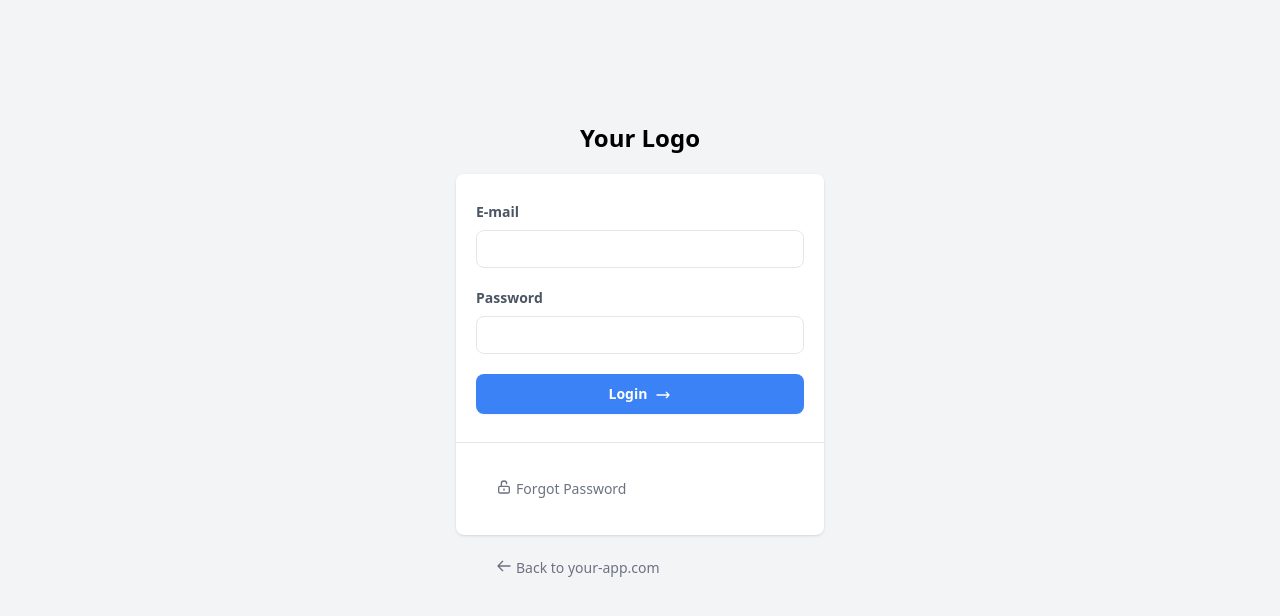
Repository: ELHADRINadia/Gestion_buses
Page: /login (app in booking/)
The author's editor kept a copy of each file at every save. The page is drawn from the files as they stood at one save, then again after a run of saves.
The browser window is 1280 px wide. The pictures show the whole page.
The project was rebuilt for these pictures with package versions that can differ from the ones it lists, and the page was loaded fresh each time. Also part of the build but not shown: booking/src/App.css, booking/src/components/NavBar.js, booking/src/Home.js, booking/src/auth/Register.js, booking/src/Admin/bus/DisplayBuses.js, booking/src/components/SideBar.js, booking/src/Admin/dashboard.js.

Above is the page before, as saved 2022-11-04 11:29:05.

### booking/src/index.js
import React from 'react';
import ReactDOM from 'react-dom/client';
import './index.css';
import App from './App';
import { BrowserRouter } from "react-router-dom";

import reportWebVitals from './reportWebVitals';

const root = ReactDOM.createRoot(document.getElementById('root'));
root.render(
  <React.StrictMode>
      <BrowserRouter>
    <App />
  </BrowserRouter>
  </React.StrictMode>
);

reportWebVitals();

### booking/src/App.js
import "./App.css";
import Home from "./Home";
import Login from "./auth/Login"
import Register from "./auth/Register"
import Dashboard from "./Admin/dashboard";
import { Route, Routes } from "react-router-dom";
import { Toaster } from "react-hot-toast";


function App() {
  return (
    <>
      <Toaster />
      <Routes>
        <Route path="/" element={<Home />} />
        <Route path="/login" element={<Login />} />
        <Route path="/Register" element={<Register />} />
        <Route path="/dashboard" element={<Dashboard />} />
        {/* <Route path="/DisplayUsers" element={<DisplayUsers />} /> */}
      </Routes>
    </>
  );
}

export default App;

### booking/src/auth/Login.js
import {React, useState} from 'react'
import toast, { Toaster } from 'react-hot-toast';
import {useNavigate} from 'react-router-dom';

function Login() {
    const [email, setEmail] = useState('')
    const [password, setPassword] = useState('')
    const navigate = useNavigate();

    async function login(){
        console.log('nadia')
    const response = await  fetch('http://localhost:6000/api/users/auth/login', {
        method:'POST',
        headers:{
          'Content-Type' : 'application/json',
        },
        body: JSON.stringify({
          email,
          password
        }),
      })
      if(response.status===200){
        console.log( await response.json())
        toast.success('Login Successfully!')
        navigate("/dashboard")

      }
      else{
        toast.error('Login failed!');
      }
    }
  return (
<div class="min-h-screen bg-gray-100 flex flex-col justify-center sm:py-12">
  <div class="p-10 xs:p-0 mx-auto md:w-full md:max-w-md">
    <h1 class="font-bold text-center text-2xl mb-5">Your Logo</h1>
    <div class="bg-white shadow w-full rounded-lg divide-y divide-gray-200">
      <div class="px-5 py-7">
        <label class="font-semibold text-sm text-gray-600 pb-1 block">E-mail</label>
        <input type="text" class="border rounded-lg px-3 py-2 mt-1 mb-5 text-sm w-full" />
        <label class="font-semibold text-sm text-gray-600 pb-1 block">Password</label>
        <input type="text" class="border rounded-lg px-3 py-2 mt-1 mb-5 text-sm w-full" />
        <button type="button" class="transition duration-200 bg-blue-500 hover:bg-blue-600 focus:bg-blue-700 focus:shadow-sm focus:ring-4 focus:ring-blue-500 focus:ring-opacity-50 text-white w-full py-2.5 rounded-lg text-sm shadow-sm hover:shadow-md font-semibold text-center inline-block">
            <span class="inline-block mr-2">Login</span>
            <svg xmlns="http://www.w3.org/2000/svg" fill="none" viewBox="0 0 24 24" stroke="currentColor" class="w-4 h-4 inline-block">
                <path stroke-linecap="round" stroke-linejoin="round" stroke-width="2" d="M17 8l4 4m0 0l-4 4m4-4H3" />
            </svg>
        </button>
      </div>
        <div class="py-5">
        <div class="grid grid-cols-2 gap-1">
          <div class="text-center sm:text-left whitespace-nowrap">
            <button class="transition duration-200 mx-5 px-5 py-4 cursor-pointer font-normal text-sm rounded-lg text-gray-500 hover:bg-gray-100 focus:outline-none focus:bg-gray-200 focus:ring-2 focus:ring-gray-400 focus:ring-opacity-50 ring-inset">
                <svg xmlns="http://www.w3.org/2000/svg" fill="none" viewBox="0 0 24 24" stroke="currentColor" class="w-4 h-4 inline-block align-text-top">
                    <path stroke-linecap="round" stroke-linejoin="round" stroke-width="2" d="M8 11V7a4 4 0 118 0m-4 8v2m-6 4h12a2 2 0 002-2v-6a2 2 0 00-2-2H6a2 2 0 00-2 2v6a2 2 0 002 2z" />
                </svg>
                <span class="inline-block ml-1">Forgot Password</span>
            </button>
          </div>
        </div>
      </div>
    </div>
    <div class="py-5">
        <div class="grid grid-cols-2 gap-1">
          <div class="text-center sm:text-left whitespace-nowrap">
            <a href='javascript:void(0)' class="transition duration-200 mx-5 px-5 py-4 cursor-pointer font-normal text-sm rounded-lg text-gray-500 hover:bg-gray-200 focus:outline-none focus:bg-gray-300 focus:ring-2 focus:ring-gray-400 focus:ring-opacity-50 ring-inset">
                <svg xmlns="http://www.w3.org/2000/svg" fill="none" viewBox="0 0 24 24" stroke="currentColor" class="w-4 h-4 inline-block align-text-top" onClick={login}>
                    <path stroke-linecap="round" stroke-linejoin="round" stroke-width="2" d="M10 19l-7-7m0 0l7-7m-7 7h18" />
                </svg>
                <span class="inline-block ml-1">Back to your-app.com</span>
            </a>
          </div>
        </div>
      </div>
  </div>
</div>
  );
}
export default Login;

### booking/tailwind.config.js


/** @type {import('tailwindcss').Config} */
module.exports = {
  content: [
    "./src/**/*.{js,jsx,ts,tsx}",
  ],
  theme: {
    extend: {},
  },
  plugins: [],
}

Loaded but not shown: booking/public/index.html (common file); booking/src/index.css (common file); booking/src/reportWebVitals.js (common file)

After the next 2 saves:
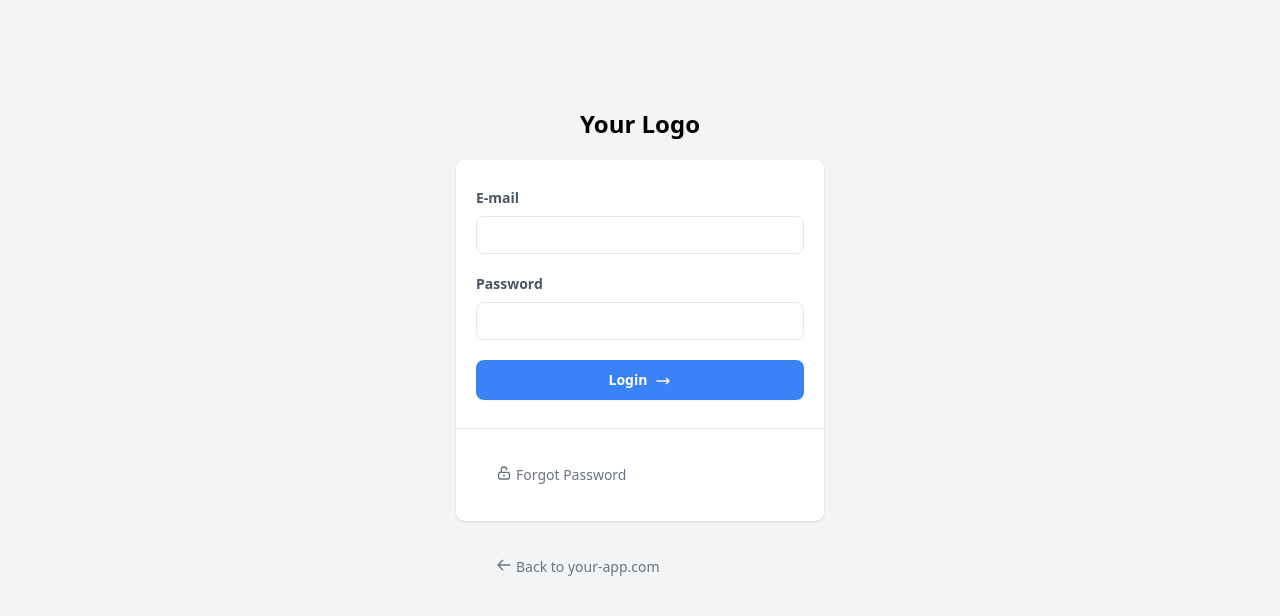
The 2 saves are shown as one change because 1 did not build or start.
The last was saved 68 s later.
--- a/booking/src/auth/Login.js
+++ b/booking/src/auth/Login.js
@@ -62,12 +62,12 @@ function Login() {
     <div class="py-5">
         <div class="grid grid-cols-2 gap-1">
           <div class="text-center sm:text-left whitespace-nowrap">
-            <a href='javascript:void(0)' class="transition duration-200 mx-5 px-5 py-4 cursor-pointer font-normal text-sm rounded-lg text-gray-500 hover:bg-gray-200 focus:outline-none focus:bg-gray-300 focus:ring-2 focus:ring-gray-400 focus:ring-opacity-50 ring-inset">
+            <button href='javascript:void(0)' class="transition duration-200 mx-5 px-5 py-4 cursor-pointer font-normal text-sm rounded-lg text-gray-500 hover:bg-gray-200 focus:outline-none focus:bg-gray-300 focus:ring-2 focus:ring-gray-400 focus:ring-opacity-50 ring-inset">
                 <svg xmlns="http://www.w3.org/2000/svg" fill="none" viewBox="0 0 24 24" stroke="currentColor" class="w-4 h-4 inline-block align-text-top" onClick={login}>
                     <path stroke-linecap="round" stroke-linejoin="round" stroke-width="2" d="M10 19l-7-7m0 0l7-7m-7 7h18" />
                 </svg>
                 <span class="inline-block ml-1">Back to your-app.com</span>
-            </a>
+            </button>
           </div>
         </div>
       </div>
